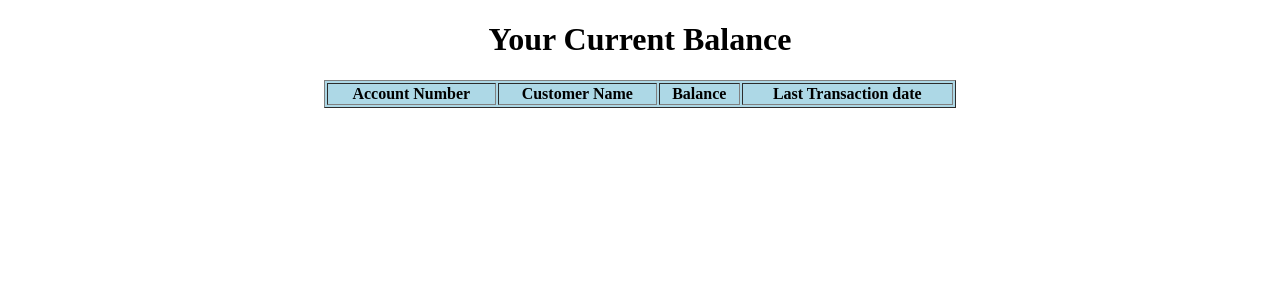
Repository: rukmini10/DXC
Page: http://localhost/Account/check_balance.jsp
These files come from the project's save history. The page is drawn as it stood at one moment and after the next save; the edit follows.
The browser window is 1280 px wide. The pictures show the whole page.
The page is served by Tomcat 9. Nobody is signed in. The application's start-up code is not run. Queries for data that is not in the repository find no rows.

Above is the page before, as saved 2022-05-07 18:50:26.

After the next save:
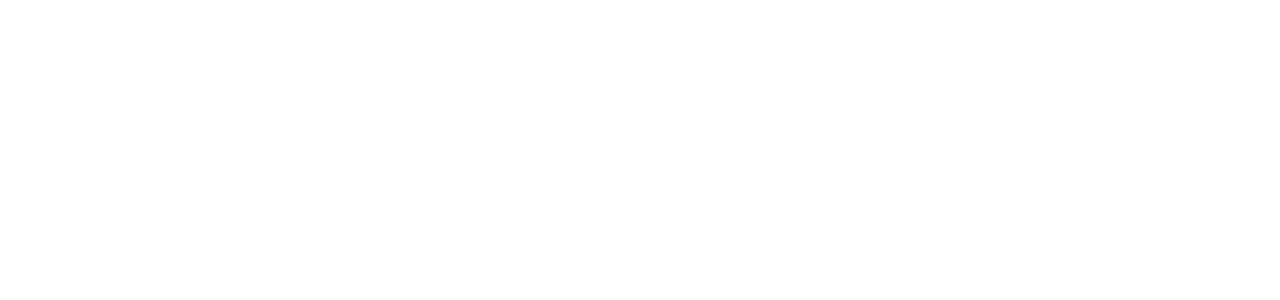
Saved 61 s later.
--- a/DXC_MAVEN/Account/src/main/webapp/check_balance.jsp
+++ b/DXC_MAVEN/Account/src/main/webapp/check_balance.jsp
@@ -8,6 +8,7 @@
         <title>Balance</title>
     </head>
     <body bg-image="https://cutewallpaper.org/21/hd-website-backgrounds/High-Resolution-Hd-Website-Background-Hd-Wallpapers-.jpg">
+    <img href="https://cutewallpaper.org/21/hd-website-backgrounds/High-Resolution-Hd-Website-Background-Hd-Wallpapers-.jpg>
     <center><h1>Your Current Balance</h1></center>
         <%
             try{

After the save that followed:
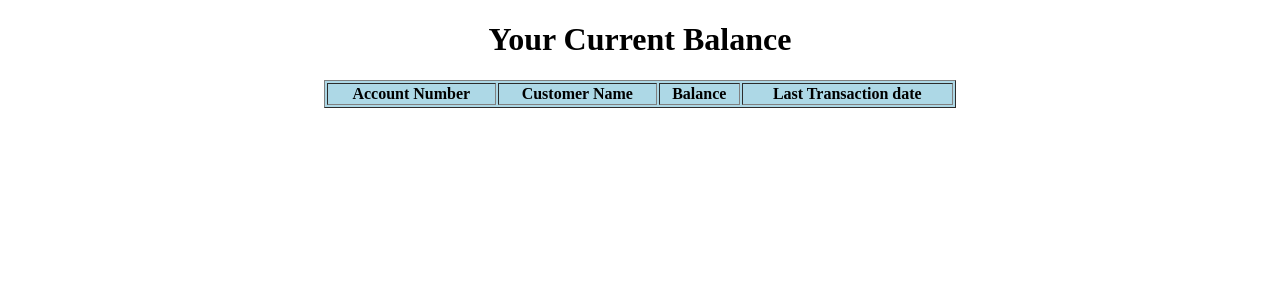
Saved 14 s later.
--- a/DXC_MAVEN/Account/src/main/webapp/check_balance.jsp
+++ b/DXC_MAVEN/Account/src/main/webapp/check_balance.jsp
@@ -8,7 +8,7 @@
         <title>Balance</title>
     </head>
     <body bg-image="https://cutewallpaper.org/21/hd-website-backgrounds/High-Resolution-Hd-Website-Background-Hd-Wallpapers-.jpg">
-    <img href="https://cutewallpaper.org/21/hd-website-backgrounds/High-Resolution-Hd-Website-Background-Hd-Wallpapers-.jpg>
+
     <center><h1>Your Current Balance</h1></center>
         <%
             try{
